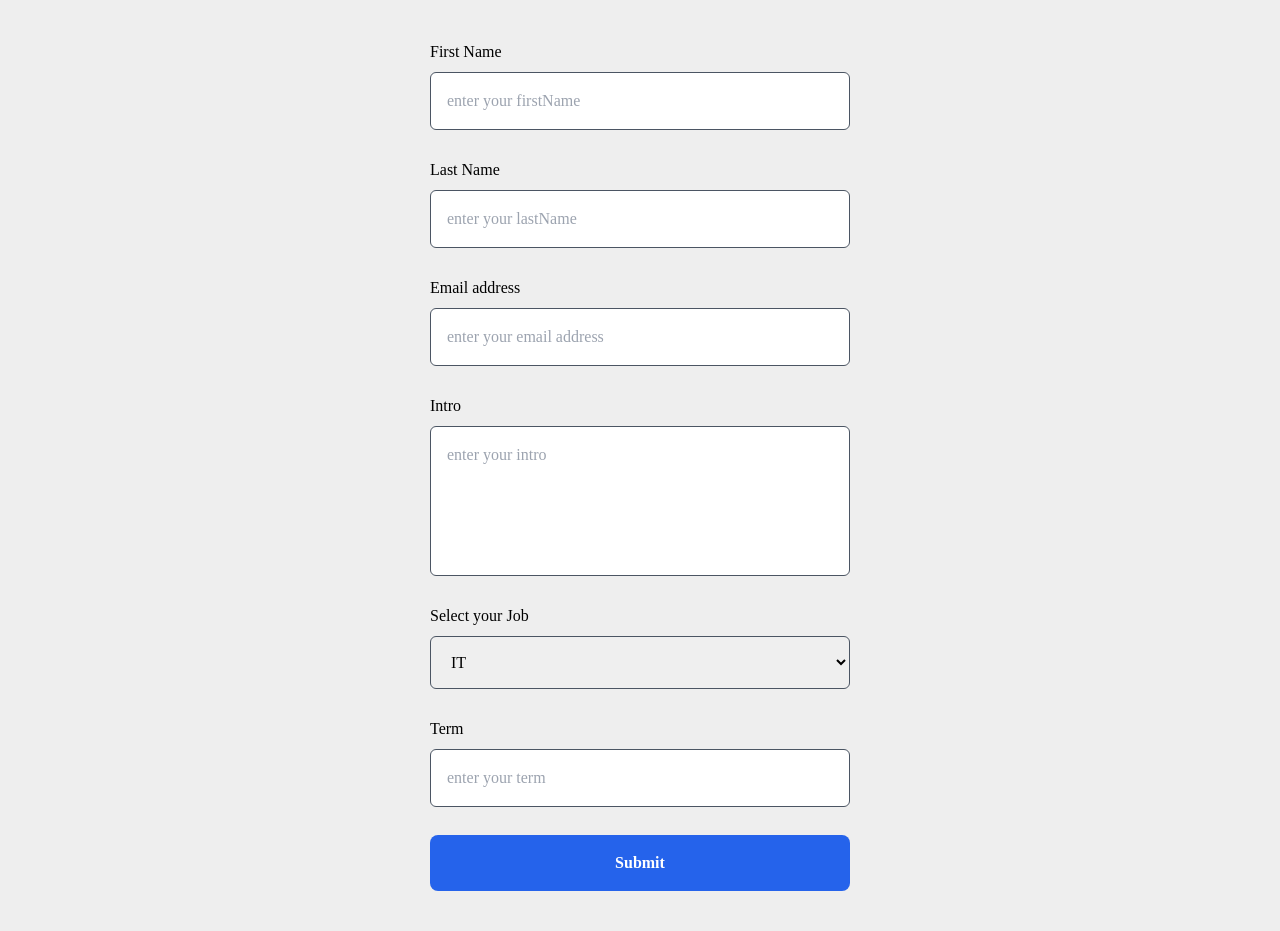
Repository: 16-Doffy/Fe-Khhoahoc
Page: /
An editor plug-in stored every save of this project. The page is shown before and after the next save, followed by the edit.
The browser window is 1280 px wide. The pictures show the whole page.
The project was rebuilt for these pictures with package versions that can differ from the ones it lists, and the page was loaded fresh each time. Also part of the build but not shown: src/App.css.

Above is the page before, as saved 2025-02-11 20:14:27.

### src/index.js
import React from 'react';
import ReactDOM from 'react-dom/client';
import './index.css';
import App from './App';
import reportWebVitals from './reportWebVitals';
import "./index.scss"
const root = ReactDOM.createRoot(document.getElementById('root'));
root.render(
  <React.StrictMode>
    <App />
  </React.StrictMode>
);

// If you want to start measuring performance in your app, pass a function
// to log results (for example: reportWebVitals(console.log))
// or send to an analytics endpoint. Learn more: https://bit.ly/CRA-vitals
reportWebVitals();

### src/App.js
import "./App.css";
import SignUpFormV2Final from "./components/Form/SignUpFormV2Final";


function App() {
  return (
    <div>
      <SignUpFormV2Final />
    </div>
  );
}

export default App;

//<CardList><Card2/>
// const theme = {
//   //wanna change color in the future come here to change
//   colors: {
//     blue: "#2979ff",
//   },
//   orange: "#ffa440",
// };
// {/* <ThemeProvider theme={theme}>
// <CardList>
// <Card2 secondary={true}></Card2>
// <Card2 secondary={false}></Card2>
// <Card2 secondary={true}></Card2>
// <Card2 secondary={false}></Card2>
// <Card2 secondary={true}></Card2>
//  </CardList>
// </ThemeProvider> */}

### src/index.scss
@tailwind base;
@tailwind components;
@tailwind utilities;

@layer base {
    @import url("https://fonts.googleapis.com/css2?family=Poppins:ital,wght@0,100;0,200;0,300;0,400;0,500;0,600;0,700;0,800;0,900;1,100;1,200;1,300;1,400;1,500;1,600;1,700;1,800;1,900&display=swap");
    body{
        font-family: "Poppins", serif;
    }
}
.skeleton {
    background-color: #eee;
    background-image: linear-gradient(110deg, #ececec, 8%,#f5f5f5, 18% , #ececec, 33%);
    border-radius: 5px;
    background-size: 200% 100%;
    animation:  1.5 shine linear infinite;
}
@keyframes shine {
    to {
        background-position-x:-200% ;
    }
}

### src/components/Form/SignUpFormV2Final.js
import React from "react";
import { Formik, Form, Field, ErrorMessage } from "formik";
import * as Yup from "yup";

const SignUpFormV2Final = () => {
  return (
    <Formik
      initialValues={{
        firstName: "",
        lastName: "",
        email: "",
        intro: "",
        job: "",
        terms: false, //check box
      }}
      validationSchema={Yup.object({
        firstName: Yup.string()
          .max(20, "Must be 20 characters or less")
          .required("Required"),
        lastName: Yup.string()
          .max(10, "Must be 10 characters or less")
          .required("Required"),
        email: Yup.string().email("example: guest@gmail.com")
          .required("Required"),
        intro: Yup.string()
          .required("Required"),
        job: Yup.string()
          .required("Required"),
        term: Yup.boolean()

      })}
      onSubmit={(values) => {
        console.log("value", values);
      }}
    >
      <Form className="p-10 w-full max-w-[500px] mx-auto">
        <div className="flex flex-col gap-2 mb-5">
          <label htmlFor="firstName">First Name</label>
          <Field
            name="firstName"
            type="text"
            placeholder="enter your firstName"
            className="p-4 rounded-md border border-gray-600"
          ></Field>
          <div className="text-sm text-red-500">
            <ErrorMessage name="firstName"></ErrorMessage>
          </div>
        </div>

        <div className="flex flex-col gap-2 mb-5">
          <label htmlFor="lastName">Last Name</label>
          <Field
            name="lastName"
            type="text"
            placeholder="enter your lastName"
            className="p-4 rounded-md border border-gray-600"
          ></Field>
          <div className="text-sm text-red-500">
            <ErrorMessage name="lastName"></ErrorMessage>
          </div>
        </div>


        <div className="flex flex-col gap-2 mb-5">
          <label htmlFor="email">Email address</label>
          <Field
            name="email"
            type="text"
            placeholder="enter your email address"
            className="p-4 rounded-md border border-gray-600"
          ></Field>
          <div className="text-sm text-red-500">
            <ErrorMessage name="email"></ErrorMessage>
          </div>
        </div>

        <div className="flex flex-col gap-2 mb-5">
          <label htmlFor="intro">Intro</label>
          <Field
            name="intro"
            type="text"
            placeholder="enter your intro"
            className="p-4 rounded-md border border-gray-600 h-[150px] resize-none"
            as="textarea"
          ></Field>
          <div className="text-sm text-red-500">
            <ErrorMessage name="intro"></ErrorMessage>
          </div>
        </div>

        <div className="flex flex-col gap-2 mb-5">
          <label htmlFor="job">Select your Job</label>
          <Field
            name="job"
            type="job"
            className="p-4 rounded-md border border-gray-600"
            as="select"
          >
            <option value="it">IT</option>
            <option value="doctor">Doctor</option>
            <option value="firehuman">Fire Human</option>
          </Field>
          <div className="text-sm text-red-500">
            <ErrorMessage name="job"></ErrorMessage>
          </div>
        </div>



        <div className="flex flex-col gap-2 mb-5">
          <label htmlFor="term">Term</label>
          <Field
            name="term"
            type="text"
            placeholder="enter your term"
            className="p-4 rounded-md border border-gray-600"
          ></Field>
          <div className="text-sm text-red-500">
            <ErrorMessage name="term"></ErrorMessage>
          </div>
        </div>

        <div>
          <button
            type="submit"
            className="w-full p-4 bg-blue-600 text-white font-semibold rounded-lg"
          >
            Submit
          </button>
        </div>
      </Form>
    </Formik>
  );
};

export default SignUpFormV2Final;

### tailwind.config.js
/** @type {import('tailwindcss').Config} */
module.exports = {
  mode: "jit",
  content: ["./src/**/*.{html,js}"],
  theme: {
    extend: {
      backgroundImage: {
        'radiant': `linear-gradient(0.25turn, #3f87a6, #ebf8e1, #f69d3c)`,
        'footer-texture': "url('/img/footer-texture.png')", // Sửa ở đây
        'secondary-radiant': `linear-gradient(#e66465, #9198e5)`,
      },
    },
  },
  plugins: [],
}

Loaded but not shown: public/index.html (common file); src/index.css (common file); src/reportWebVitals.js (common file)

After the next save:
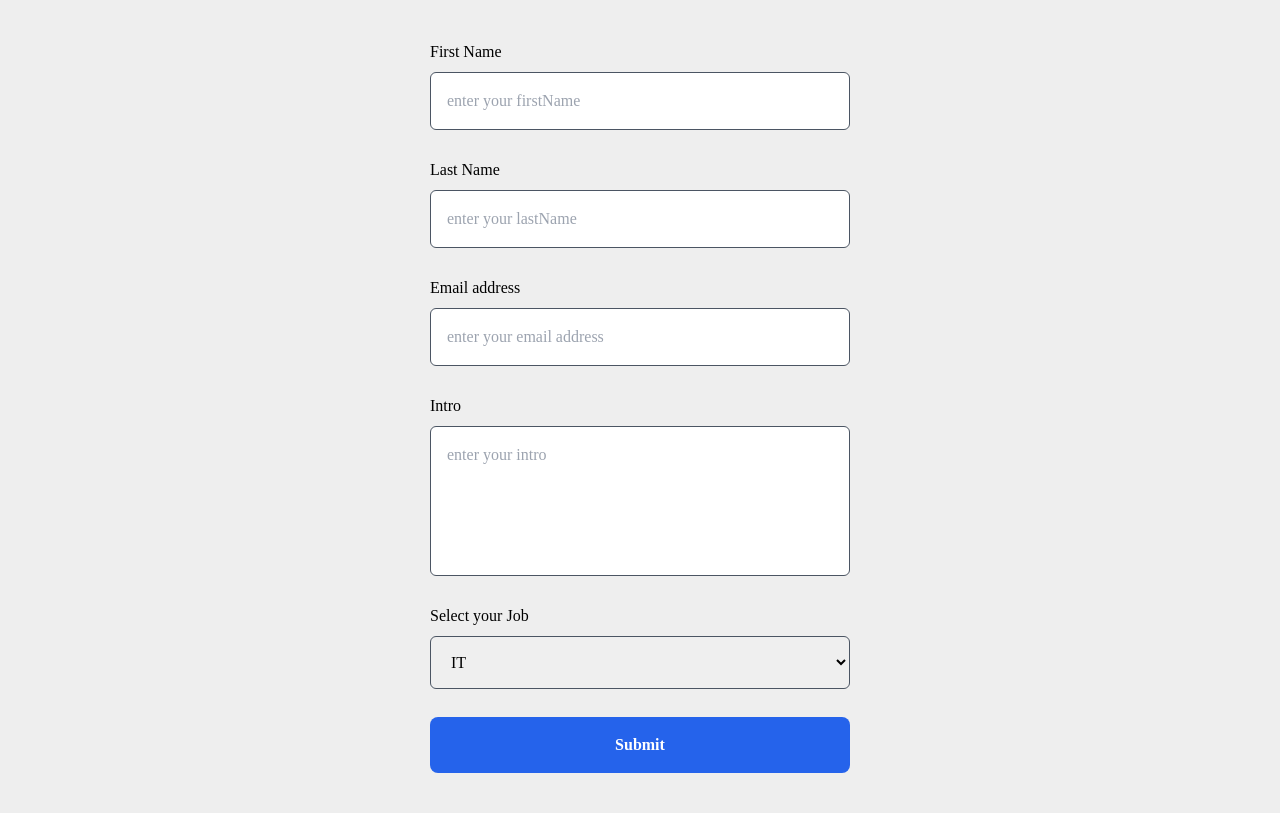
Saved 28 s later.
--- a/src/components/Form/SignUpFormV2Final.js
+++ b/src/components/Form/SignUpFormV2Final.js
@@ -105,21 +105,6 @@ const SignUpFormV2Final = () => {
           </div>
         </div>
 
-
-
-        <div className="flex flex-col gap-2 mb-5">
-          <label htmlFor="term">Term</label>
-          <Field
-            name="term"
-            type="text"
-            placeholder="enter your term"
-            className="p-4 rounded-md border border-gray-600"
-          ></Field>
-          <div className="text-sm text-red-500">
-            <ErrorMessage name="term"></ErrorMessage>
-          </div>
-        </div>
-
         <div>
           <button
             type="submit"
